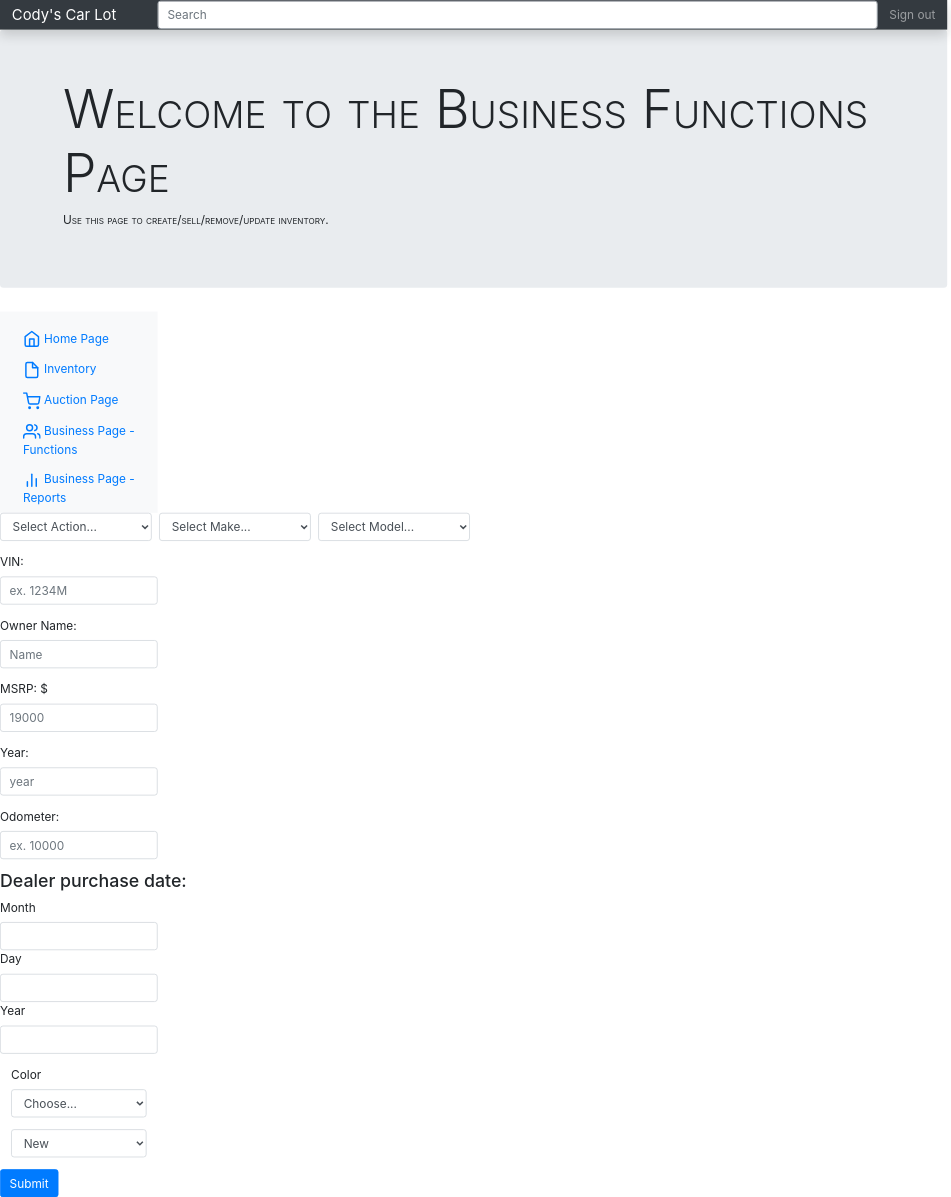
Repository: CodyHogge/CarDealershipProject
Page: http://localhost/CarDealershipProject/booted_functions.jsp
An editor plug-in stored every save of this project. The page is shown before and after the next save, followed by the edit.
The browser window is 1280 px wide. The page is 1285 px wide, so the pictures cover 1285 px, including what lies to the right of the window. The pictures show the whole page, at 74% of full size.
The page is served by Tomcat 9.

Above is the page before, as saved 2020-09-16 17:17:01.

After the next save:
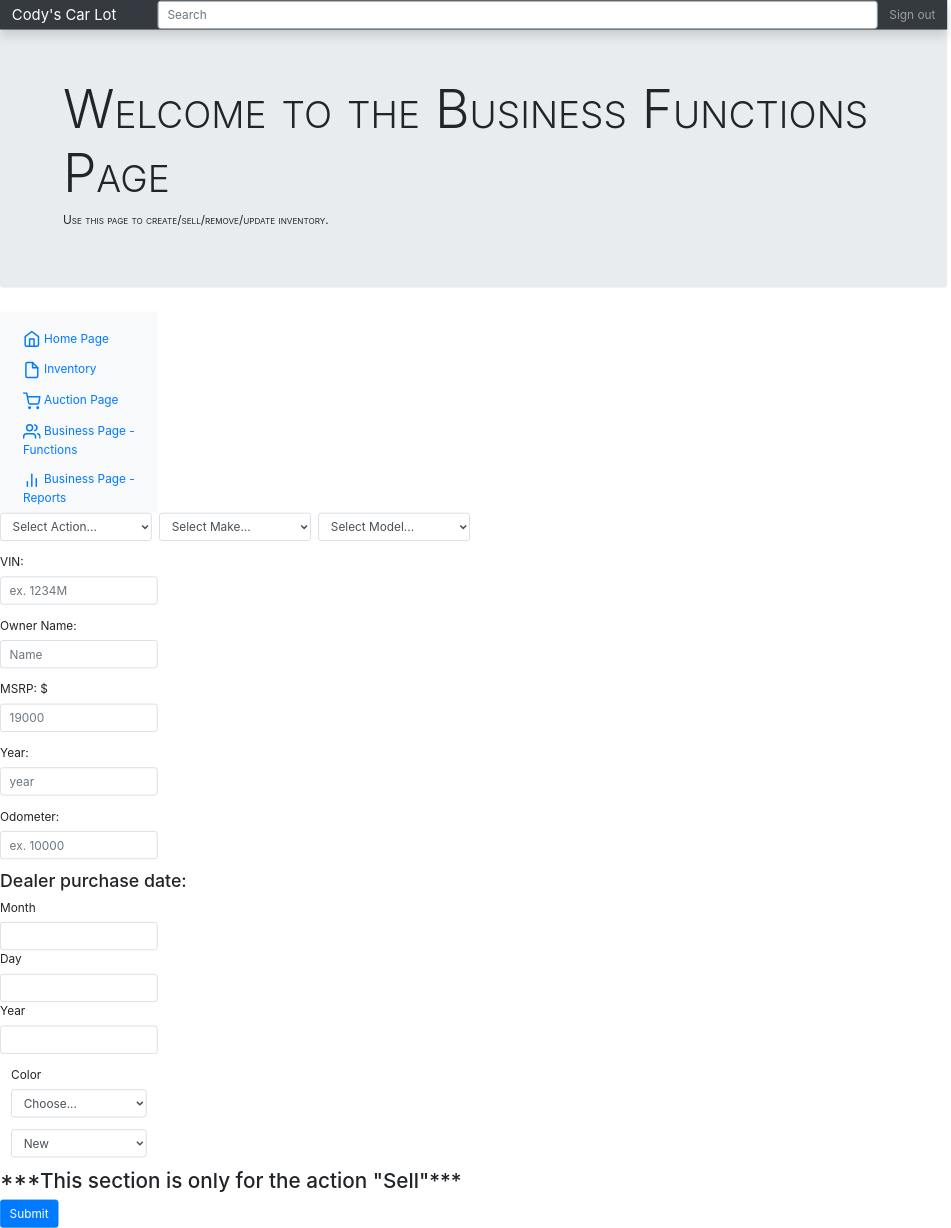
Saved 2 min 23 s later.
--- a/CarDealershipProject/WebContent/booted_functions.jsp
+++ b/CarDealershipProject/WebContent/booted_functions.jsp
@@ -147,6 +147,10 @@
 				<option value="used">Used</option>
 			</select>
 		</div>
+
+
+		<h3>***This section is only for the action "Sell"***</h3>
+
   		<button type="submit" class="btn btn-primary">Submit</button>
 	</form>
 
